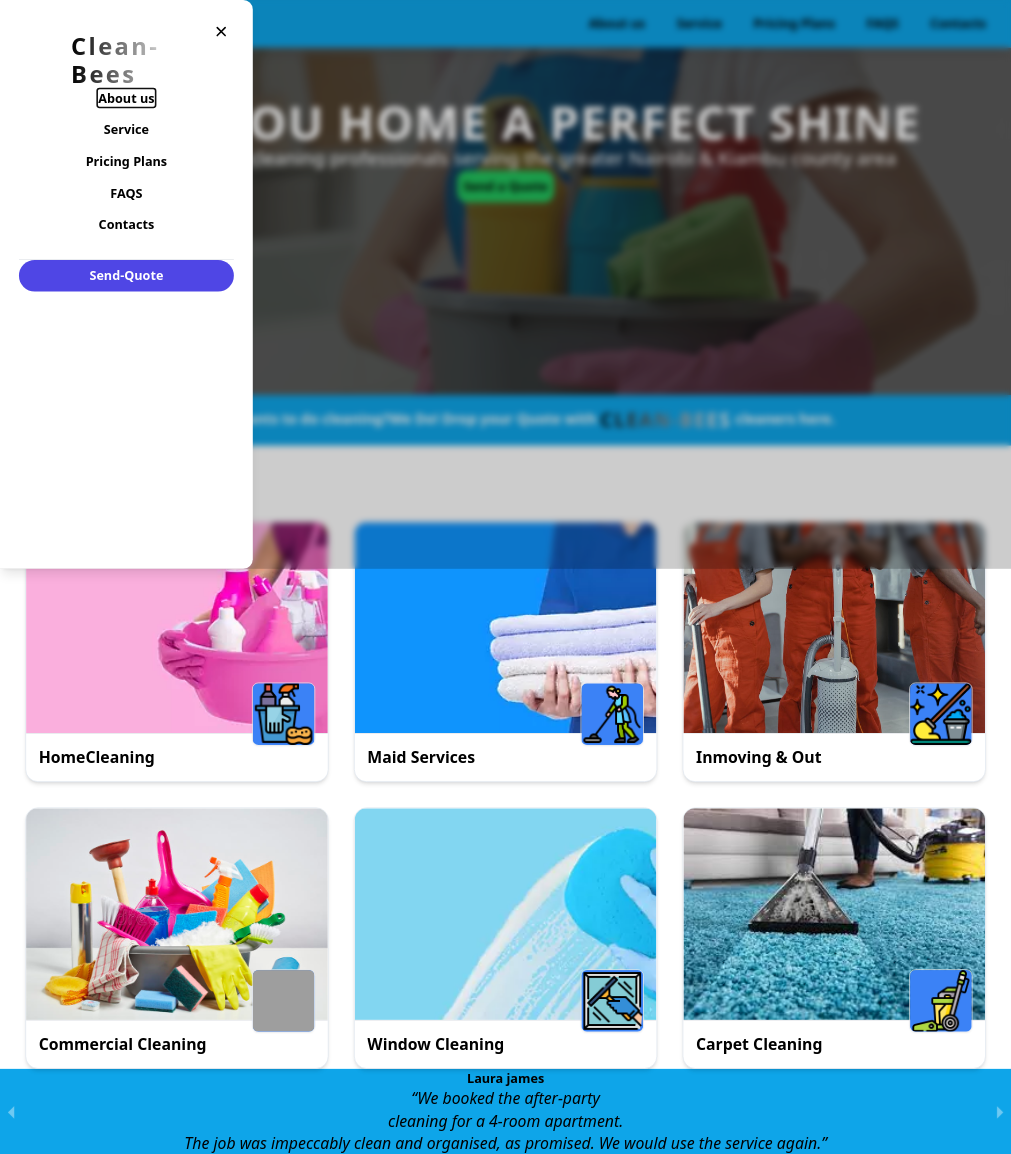
Repository: remydev47/cleanbees
Page: /
An editor plug-in stored every save of this project. The page is shown before and after the next save, followed by the edit.
The browser window is 1280 px wide. The pictures show the whole page, at 79% of full size.
Pictures or frames that could not be fetched are drawn as grey boxes. The project was rebuilt for these pictures with package versions that can differ from the ones it lists, and the page was loaded fresh each time. The framework's server and built-in components were replaced by stand-ins that run in the browser. Also part of the build but not shown: next.config.js.

Above is the page before, as saved 2022-09-19 12:31:16.

### pages/_app.tsx
import '../styles/globals.css'
import type { AppProps } from 'next/app'
import { Header } from '../components/Header'


function MyApp({ Component, pageProps }: AppProps) {
  return (
    <>
      <Header />
      <Component {...pageProps} />
    </>

    )
}

export default MyApp

### pages/index.tsx
import type { NextPage } from 'next'
import Head from 'next/head'
import Image from 'next/image'
import Hero from '../components/Hero'
import Services from '../components/Services';
import { Testmonial } from '../components/Testmonial';

const Home: NextPage = () => {
  return (
    <div className="">
      <Head>
        <title>CleanBees</title>
        <link rel="icon" href="/favicon.ico" />
      </Head>
      <Hero />
     <main className='mx-auto max-w-screen-xl px-6 sm:px-8'>
      <div className='mt-16 space-y-20'>
        <Services />

      </div>
     </main>
     <Testmonial />

    </div>
  )
}

export default Home

### components/Header.tsx
import { navLinks } from "../constants"
import { MenuPopOver } from "./MenuPopover"
import Logo from "./Logo"
import Image from "next/image"
import { title } from "process"

export const Header = () => {
    return(
        <>
          <header className={styles.container}>
           <div className='flex grow-0 basis-1/3 md:hidden'>
             <MenuPopOver />
          </div>
          <div className='flex grow-0 basis-1/3 justify-center md:justify-start'>
            <Logo />
           </div>
           <ul className="list-none sm:flex hidden justify-end items-center flex-1">
            {navLinks.map((nav, index) => (
                <li
                key={nav.id}
                className={`font-poppins font-extrabold cursor-pointer text-[16px]
                  ${index === navLinks.length - 1 ? 'mr-0' : 'mr-10'}
                 text-black `}
                >
                    <a>{nav.title}</a>
                </li>
            ))}
           </ul>

          </header>
        </>
    )
}

const styles ={
    container:`sticky bg-[#0ea5e9] inset-x-0 top-0 z-20 flex items-center justify-between py-2 px-2 shadow-lg dark:bg-slate-900 sm:py-3 sm:px-8`
}

### components/Hero.tsx
import React from 'react'
import Image from 'next/image'



const Hero = () => {
  return (
    <>
      <section className='relative h-[640px] w-full  bg-blue-500 sm:h-[55vh] md:h-[440px]'>
         <Image
           src='/img/pixel-cleaner2.jpg'
           layout='fill'
           objectFit='cover'
         />

        <div className="absolute inset-0 bg-neutral-900/70">
        <div className='mx-4 mt-16 flex flex-col items-center text-center '>
                <h1 className={styles.innerbanner}>
                    Give you Home a Perfect Shine
                </h1>
                <span className='text-xl text-white sm:text-2xl'>
                    Reliable house cleaning professionals serving the greater Nairobi & Kiambu county area
                </span>
                <button className='bg-green-500 text-black font-semibold p-2 rounded-xl'>
                    Send a Quote
                </button>
              </div>
        </div>
      </section>
      <HeroBottomCard />
   </>
  )
}

function HeroBottomCard() {
    return (
      <div className="bg-[#0ea5e9] p-4">
        <span className="block text-center text-lg text-white font-semibold">
          Nobody wants to do cleaning?We Do! Drop your  Quote with{" "}
          <span className="bg-gradient-to-r from-black to-[#fff] bg-clip-text align-middle text-2xl font-black tracking-widest text-transparent">
            CLEAN-BEES
          </span>{" "}
          cleaners here.
        </span>
      </div>
    );
  }

export default Hero;
const styles ={

    innerbanner:`text-3xl font-extrabold uppercase tracking-wide text-white sm:text-4xl md:text-5xl lg:text-6xl`,
}

### components/Services.tsx
import React from 'react';
import Image from 'next/image'
import Link from 'next/link';

const serviceItems =[
    {
        name:"HomeCleaning",
        description:"",
        image:'/img/cleaning3.webp',
        logo:"/img/homecleaning.png"
    },
    {
        name:"Maid Services",
        description:"",
        image:'/img/maid2.webp',
        logo:"/img/maid.png"
    },
    {
        name:"Inmoving & Out",
        description:"",
        image:'/img/pexels-cleaner.jpeg',
        logo:"/img/inmoving.png"
    },
    {
        name:"Commercial Cleaning",
        description:"",
        image:'/img/pixelcleaner3.jpg',
        logo:"/img/officecleaning.png"
    },
    {
        name:"Window Cleaning",
        description:"",
        image:'/img/cleaning4.webp',
        logo:"/img/window.png"
    },
    {
        name:"Carpet Cleaning",
        description:"",
        image:'/img/cleancarpet.jpg',
        logo:"/img/carpet.png"
    },
]

const Services = () => {
  return (
    <section id='service-items'>
        <div>
            <h2 className="text-2xl font-semibold"> Our Services </h2>
        </div>

        <div id="top-companies__items" className="grid grid-cols-1 gap-8 sm:grid-cols-2 lg:grid-cols-3">
              {serviceItems.map((item, i) => (
                 <Link href="/#" key={i}>
                  <a className="group block overflow-hidden rounded-2xl border border-slate-200 bg-white shadow-md transition-all duration-150 hover:-translate-y-1 hover:shadow-lg dark:border-slate-800 dark:bg-slate-700">
                    <div className="relative block overflow-hidden  pt-[70%]">
                     <Image
                       src={item.image}
                       alt={item.name}
                       layout="fill"
                       objectFit="cover"
                       className="transition-all duration-200 group-hover:scale-[102%]"
                      />
                    </div>
                    <div className="relative flex flex-col border-t p-4 dark:border-slate-600">
                <span className="absolute right-4 -top-[65px] block h-[80px] w-[80px] overflow-hidden rounded-lg border shadow-sm dark:border-slate-600">
                  <div className="relative block overflow-hidden  bg-blue-500 pt-[100%]">
                    <Image
                      src={item.logo}
                      alt={item.name}
                      layout="fill"
                      objectFit="cover"
                    />
                  </div>
                </span>

                <h5 className="block truncate text-xl font-semibold capitalize">
                  {item.name}
                </h5>
                <span className="block truncate text-slate-500 dark:text-slate-400">
                  {item.description}
                </span>
              </div>
                 </a>
                 </Link>
              ))}
            </div>

    </section>
  )
}

export default Services

### components/Testmonial.tsx
import React from 'react'
import "react-responsive-carousel/lib/styles/carousel.min.css"; // requires a loader
import { Carousel } from 'react-responsive-carousel';

export const Testmonial = () => {
  return (
    <section className={styles.container}>
      <Carousel
        autoPlay
        infiniteLoop
        showStatus={false}
        showIndicators={false}
        showThumbs={false}
        interval={3000}
      >
       <div>
        <h1 className={styles.headername}>Mat & Tina</h1>
        <p className='italic text-xl'>“Although it took a while to explain what we wanted when we were booking the final result was great. <br/> The guys who cleaned the apartment were awesome! <br/> Highly recommended after party cleaning service!”</p>
       </div>
       <div>
        <h1 className={styles.headername}>Laura james</h1>
        <p className='italic text-xl'>“We booked the after-party  <br/> cleaning for a 4-room apartment. <br/> The job was impeccably clean and organised, as promised. We would use the service again.”</p>
       </div>
       <div>
        <h1 className={styles.headername}>Krak Fraco</h1>
        <p className='italic text-xl'>“Cheap price and excellent service. <br/> We booked the after party cleaning for our home <br/> and garden and the crew did an amazing job putting everything back to normal.”</p>
       </div>
      </Carousel>
    </section>
  )
}



const styles = {
  container:`bg-[#0ea5e9]`,
  headername:`font-bold `
}

### constants/index.ts

export const navLinks =[
    {
     id:"aboutus",
     title:"About us"
    },
    {
        id:"services",
        title:"Service"
    },
    {
        id:"pricingplans",
        title:"Pricing Plans"
    },
    {
        id:"faqs",
        title:"FAQS"
    },
    {
        id:"contacts",
        title:"Contacts"
    },
]

### components/MenuPopover.tsx
import React, { useState, Fragment } from 'react'
import { IconButton } from './Button'
import { Transition, Dialog }  from '@headlessui/react';
import Link from 'next/link';
import Logo from './Logo';
import { Button } from './Button';
//import { ThemeSelect } from './ThemeToogle';
import { navLinks } from '../constants';

export const MenuPopOver = () => {
    const [isOpen, setIsOpen] = useState(true)

    return(
      <div>
        <IconButton
          variant='ghost'
          aria-label='menu'
          onClick={() => setIsOpen(!isOpen)}
        >
          <svg className='h-6 w-6 ' fill='none' stroke='currentColor'>
            <path
              strokeLinecap='round'
              strokeLinejoin='round'
              strokeWidth={2}
              d='M4 6h16M4 12h16M4 18h16'
            />
          </svg>
        </IconButton>
        <Transition
          show={isOpen}
          appear
          as={Fragment}
          enter='transform transition ease-in-out duration-300'
          enterFrom='-translate-x-full'
          enterTo='translate-x-0'
          leave='transform transition ease-in-out duration-300 delay-200'
          leaveFrom='translate-x-0'
          leaveTo='-translate-x-full'
        >
         <Dialog
           as='div'
           className={`fixed inset-0 z-50`}
           onClose={setIsOpen}
           open={isOpen}
           >
           <Transition.Child
             as={Fragment}
             enter='ease-out duration-300 delay-300'
             enterFrom='opacity-0'
             enterTo='opacity-100'
             leave='ease-in duration-200'
             leaveFrom='opacity-100'
             leaveTo='opacity-0'
           >

            <Dialog.Overlay
              className={`fixed inset-0 bg-black/20 backdrop-blur-sm dark:bg-gray-900/80`}
             />
          </Transition.Child>
           <div className={styles.dialogcontainer}>
            <a className='mx-auto mt-4 flex w-[140px] '>
              <Logo />
            </a>
            <ul
                className={styles.navWrapper2}
             >
                {navLinks.map((nav, index) => (
                    <li
                     key={nav.id}
                     className={`font-poppins font-bold cursor-pointer text-[16px]
                      ${index === navLinks.length - 1 ? 'mr-0' : 'mb-4'}
                      text-black `}
                    >
                     <a href={`#${nav.id}`}>
                        {nav.title}
                     </a>
                    </li>
                 ))}
             </ul>
            {/* <div className='mt-0 border-t border-gray-200 pt-6 dark:border-gray-200/10'>

            </div> */}
            <ul className='mt-8 space-y-3 border-t border-gray-200 dark:border-gray-200/10'>
              <li>
               <Button fullWidth>
                   Send-Quote
               </Button>
              </li>

            </ul>
            <IconButton
              variant='ghost'
              aria-label='close menu'
              className='absolute top-5 right-5'
              onClick={() => setIsOpen(false)}
            >
              <svg
                viewBox='0 0 10 10'
                className='h-2.5 w-2.5 overflow-visible'
                aria-hidden='true'
              >
                <path
                    d='M0 0L10 10M10 0L0 10'
                    fill='none'
                    stroke='currentColor'
                    strokeWidth='2'
                    strokeLinecap='round'
                  />
              </svg>
            </IconButton>
           </div>
         </Dialog>
        </Transition>
      </div>
    )
  }

const styles ={
    dialogcontainer:`fixed top-0 bottom-0 left-0 w-full max-w-xs rounded-r-xl bg-white p-6 shadow-lg dark:bg-gray-800`,
    menuitems:`group relative flex h-9 items-center oveflow-hidden rounded-md hover:bg-slate-200/50`,
    navWrapper2:`list-none flex flex-col justify-end items-center flex-1`,
}

### components/Logo.tsx
import React from 'react';


const Logo  = () => {
  return (
    <span className={`bg-gradient-to-r from-black to-[#fff] bg-clip-text align-middle text-3xl font-black tracking-widest text-transparent hover:text-green-400`}>
        Clean-Bees
    </span>
  )
}

export default Logo;

### components/Button/index.tsx
import React, { forwardRef } from 'react';
//import { __DEV__ } from '../../utils/assertions'

type BaseButtonProps = Omit<React.HTMLProps<HTMLButtonElement>, "size">;

/* === Button Element === */

export interface ButtonProps extends BaseButtonProps {
  children: React.ReactNode;
  fullWidth?: boolean;
  className?: string;
  variant?: "solid" | "outline" | "ghost";
  size?: "sm" | "md" | "lg";
  as?: string;
  isExternal?: boolean;
  type?: "button" | "submit" | "reset";
}

export const Button = forwardRef<HTMLButtonElement, ButtonProps>(
  (
    {
      children,
      variant = "solid",
      size = "md",
      fullWidth = false,
      className,
      as = "button",
      isExternal = false,
      ...rest
    },
    ref
  ) => {
    let tempClassNames: string[] = [];

    const sharedClasses = [
      "capitalize",
      "focus:outline-none",
      "focus:ring-2",
      "focus:ring-indigo-400",
      "focus:ring-offset-2",
      "focus:ring-offset-indigo-50",
      "font-semibold",
      "rounded-full",
      "inline-flex",
      "flex-shrink-0",
      "items-center",
      "justify-center",
      "transition-colors",
      "ease-in-out",
      "duration-500",
    ];

    if (fullWidth) sharedClasses.push("w-full");

    // handle variants
    let btnSolid = ["bg-indigo-600", "hover:bg-indigo-700", "text-white"];
    let btnOutline = [
      "dark:text-white",
      "hover:text-yellow-700",
      "hover:dark:text-yellow-800",
      "bg-transparent",
      "hover:bg-indigo-50",
      "border",
      "border-indigo-600",
    ];
    let btnGhost = [
      "bg-transparent",
      "dark:text-white",
      "hover:bg-indigo-50",
      "hover:text-indigo-700",
      "hover:dark:text-indigo-700",
    ];

    if (variant === "solid") {
      tempClassNames = [...sharedClasses, ...btnSolid];
    } else if (variant === "outline") {
      tempClassNames = [...sharedClasses, ...btnOutline];
    } else if (variant === "ghost") {
      tempClassNames = [...sharedClasses, ...btnGhost];
    }

    // handle sizes
    let sizeSm = ["h-8", "px-2", "text-sm"];
    let sizeMd = ["h-10", "px-3"];
    let sizeLg = ["h-12", "px-4", "text-lg"];

    if (size === "sm") {
      tempClassNames = [...tempClassNames, ...sizeSm];
    } else if (size === "md") {
      tempClassNames = [...tempClassNames, ...sizeMd];
    } else if (size === "lg") {
      tempClassNames = [...tempClassNames, ...sizeLg];
    }

    let classes = tempClassNames.join(" ");

    let Element = as ? (
      React.createElement(
        as,
        {
          className: `${classes} ${className}`,
          target: isExternal ? "_blank" : undefined,
          rel: isExternal ? "noopener noreferrer" : undefined,
          ref,
          ...rest,
        },
        children
      )
    ) : (
      <button {...rest} className={`${classes} ${className}`} ref={ref}>
        {children}
      </button>
    );

    return Element;
  }
);

// if (__DEV__) {
//   Button.displayName = "Button";
// }

/* === IconButton Element === */

export interface IconButtonProps extends ButtonProps {
  icon?: React.ReactElement;
  "aria-label": string;
}

export const IconButton = forwardRef<HTMLButtonElement, IconButtonProps>(
  (
    {
      children,
      icon,
      className,
      "aria-label": ariaLabel,
      size = "md",
      ...rest
    },
    ref
  ) => {
    let sharedClasses = ["rounded-full", "!px-0"];

    // handle sizes
    let sizeSm = ["w-8"];
    let sizeMd = ["w-10"];
    let sizeLg = ["w-12"];

    if (size === "sm") {
      sharedClasses = [...sharedClasses, ...sizeSm];
    } else if (size === "md") {
      sharedClasses = [...sharedClasses, ...sizeMd];
    } else if (size === "lg") {
      sharedClasses = [...sharedClasses, ...sizeLg];
    }

    /**
     * Passing the icon as prop or children should work
     */
    const element = icon || children;
    const _children = React.isValidElement(element)
      ? React.cloneElement(element as any, {
          "aria-hidden": true,
          focusable: false,
        })
      : null;

    let classes = sharedClasses.join(" ");
    return (
      <Button
        className={`${classes} ${className}`}
        aria-label={ariaLabel}
        size={size}
        {...rest}
        ref={ref}
      >
        {_children}
      </Button>
    );
  }
);

// if (__DEV__) {
//   IconButton.displayName = "IconButton";
// }

### components/Footer.tsx

export const Footer = () => {
    return(
        <div>
            Footer
        </div>
    )
}

Loaded but not shown: styles/globals.css (common file); tailwind.config.js (common file)

After the next save:
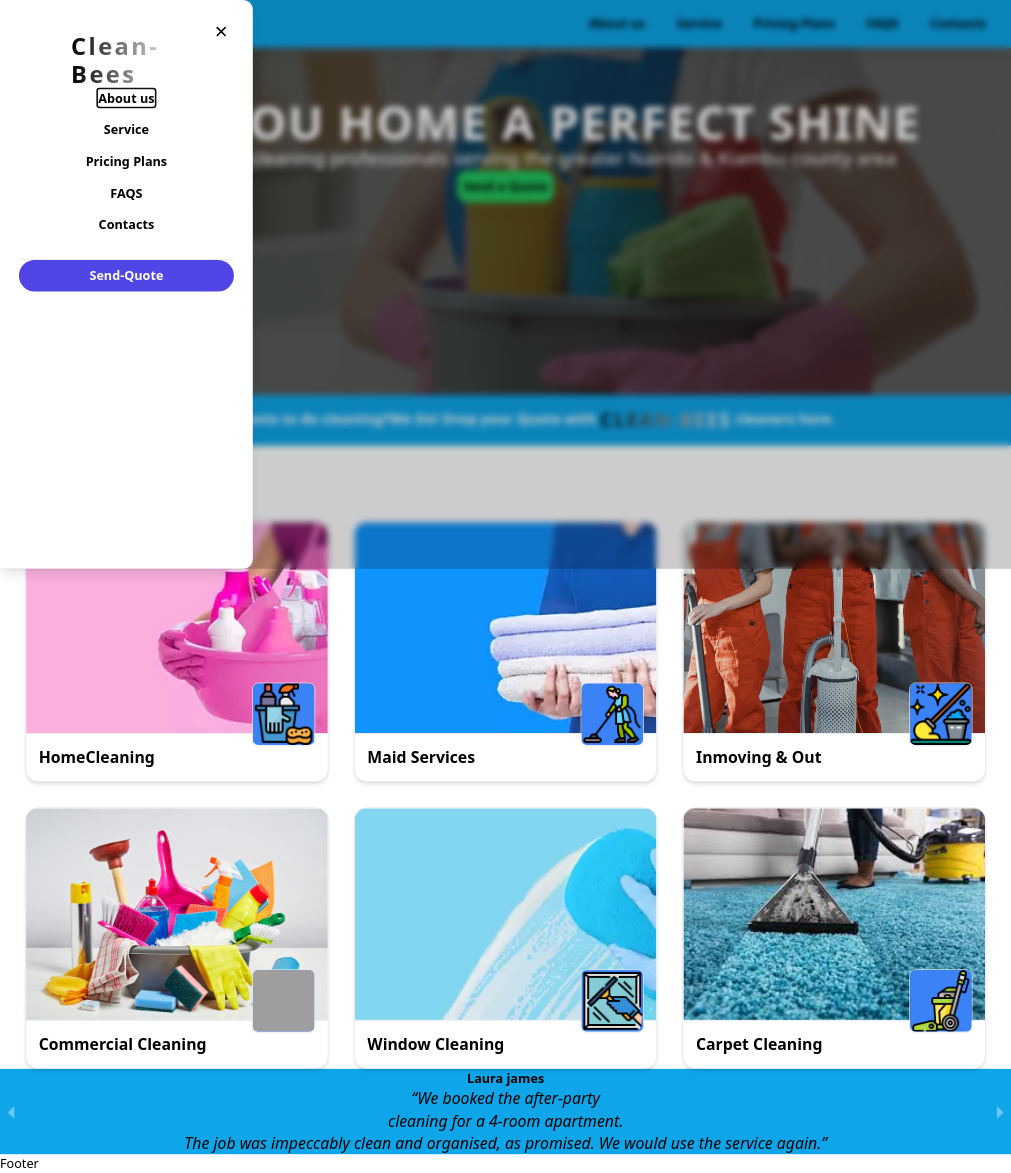
Saved 11 s later.
--- a/pages/index.tsx
+++ b/pages/index.tsx
@@ -1,6 +1,7 @@
 import type { NextPage } from 'next'
 import Head from 'next/head'
 import Image from 'next/image'
+import { Footer } from '../components/Footer';
 import Hero from '../components/Hero'
 import Services from '../components/Services';
 import { Testmonial } from '../components/Testmonial';
@@ -20,7 +21,7 @@ const Home: NextPage = () => {
       </div>
      </main>
      <Testmonial />
-
+    <Footer />
     </div>
   )
 }
